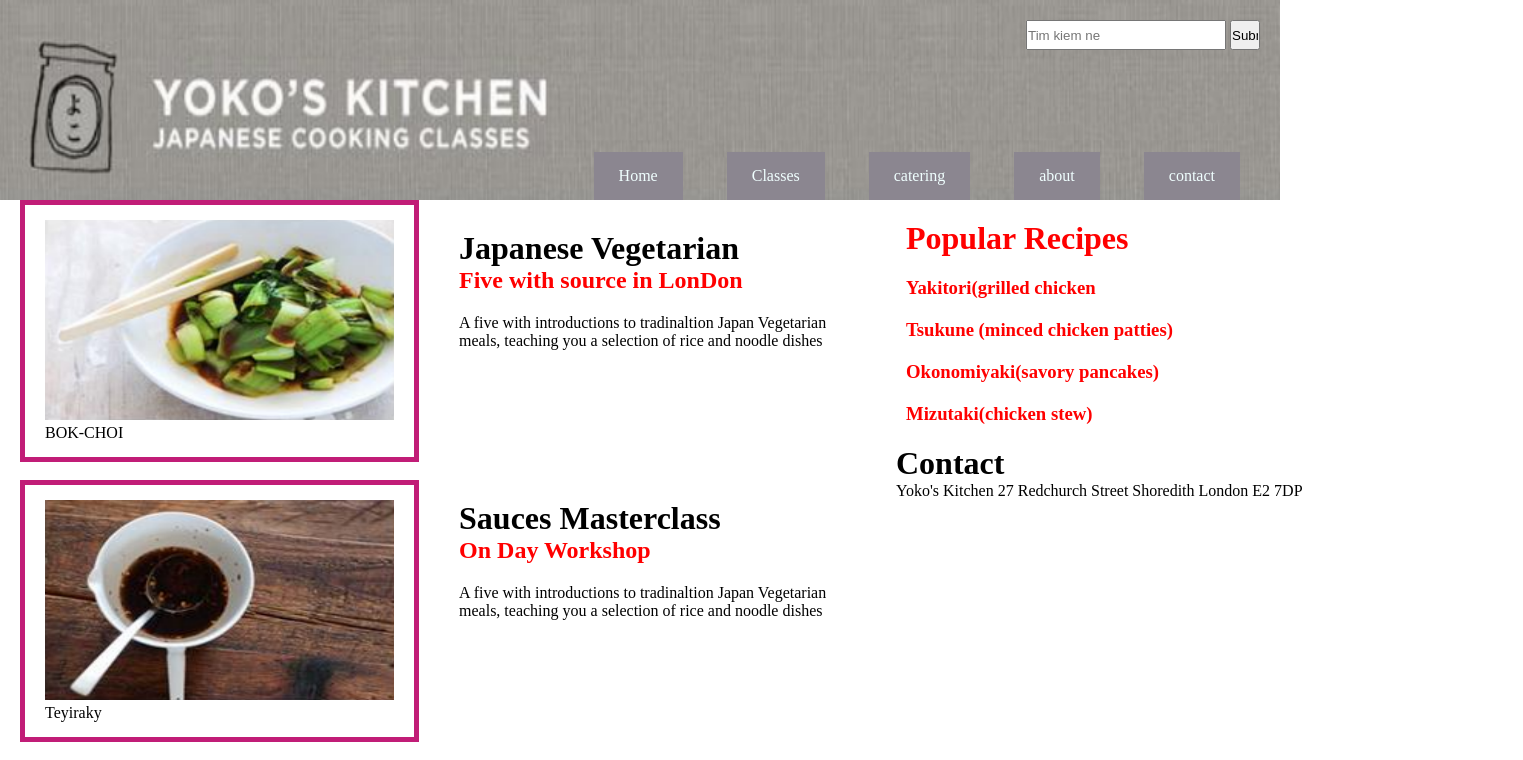
Repository: huy352002/20012931-Tr-n-Quang-Huy
Page: bt2.html
These files come from the project's save history. The page is drawn as it stood at one moment and after the next save; the edit follows.
The browser window is 1280 px wide. The page is 1344 px wide, then 1523 px, so the pictures cover 1523 px, including what lies to the right of the window. The pictures show the whole page.

Above is the page before, as saved 2022-09-30 10:44:38.

### bt2.html
<!DOCTYPE html>
<html lang="en">

<head>
    <meta charset="UTF-8">
    <meta http-equiv="X-UA-Compatible" content="IE=edge">
    <meta name="viewport" content="width=device-width, initial-scale=1.0">
    <title>Document</title>
    <link rel="stylesheet" href="/bt2.css">
</head>

<body>
    <div class="header">
        <div class="background">

            <ul>
                <li> <a href="">Home</a> </li>
                <li> <a href="">Classes</a> </li>
                <li> <a href="">catering</a> </li>
                <li> <a href="">about</a> </li>
                <li> <a href="">contact</a> </li>
            </ul>
        </div>

        <form class="form" action="">
            <input class="form_a" type="text" placeholder="Tim kiem ne">
            <input class="form_b" type="submit">
        </form>
    </div>


    <div class="container">
        <div class="body1">
            <div class="sub1">
                <div class="img_boder">
                    <img class="img" src="/img1.png">
                    <p>BOK-CHOI</p>
                </div>
                <br>
                <div class="img_boder">
                    <img class="img" src="/img2.png" alt="">
                    <p>Teyiraky</p>
                </div>
            </div>


            <div class="sub2">
                <div class="P_1">
                    <div class="nav_P1">
                        <H1>Japanese Vegetarian</H1>
                        <H2>Five with source in LonDon</H2>

                    </div>
                    <p>A five with introductions to tradinaltion Japan Vegetarian meals, teaching you a selection of rice and noodle dishes</p>
                </div>

                <div class="P_2">
                    <div class="nav_P1">
                        <H1>Sauces Masterclass</H1>

                        <H2>On Day Workshop</H2>

                    </div>
                    <p>A five with introductions to tradinaltion Japan Vegetarian meals, teaching you a selection of rice and noodle dishes</p>
                </div>
            </div>
        </div>
        <div class="body2">
            <div class="body2_p1">
                <H1>Popular Recipes</H1>
                <h3>Yakitori(grilled chicken</h3>
                <h3> Tsukune (minced chicken patties)</h3>
                <h3>Okonomiyaki(savory pancakes)</h3>
                <h3>Mizutaki(chicken stew)</h3>
            </div>
            <div class="body2_p2">
                <H1>Contact</H1>
                <p>Yoko's Kitchen 27 Redchurch Street Shoredith London E2 7DP
                </p>
            </div>
        </div>



    </div>
    </div>


    <div class="footer"></div>
</body>

</html>

### bt2.css
* {
    margin: 0;
    padding: 0%;
    box-sizing: border-box;
}

.header {
    width: 100%;
    height: 200px;
    position: relative;
    background-image: url(/backgroun.png);
    background-repeat: no-repeat;
    background-size: 100% 100%;
}

.header ul {
    position: absolute;
    right: 0;
    bottom: 0;
    margin: 0 20px;
}

.header ul li {
    display: inline-block;
    padding: 15px 25px;
    background-color: rgb(139, 134, 144);
    right: 0;
    top: 0;
    margin: 0 20px;
}

.header ul li a {
    text-decoration: none;
    color: azure;
}

.header ul li a:hover {
    color: rgb(8, 8, 8);
}

.form {
    position: absolute;
    right: 0;
    top: 0;
    margin: 20px 20px;
}

.form_a {
    width: 200px;
    height: 30px;
}

.form_b {
    width: 30px;
    height: 30px;
}

.container {
    width: 100%;
    height: auto;
    position: relative;
    /* display: inline-block; */
}

.body1 {
    position: relative;
    width: 70%;
    height: auto;
    display: inline-block;
}

.sub1 {
    position: relative;
    width: 49%;
    display: inline-block;
}

.img {
    width: 100%;
    height: 200px;
}

.img_boder {
    border: 5px solid rgb(193, 29, 119);
    padding: 15px 20px;
    margin: 0 20px;
}

.sub2 {
    display: inline-block;
    position: absolute;
    width: 49%;
}

.P_1 {
    margin: 20px 10px;
    padding: 10px 10px;
}

.nav_P1 {
    margin-bottom: 20px;
}

.nav_P1 h2,
.P_2 h2 {
    color: red;
}

.P_2 {
    margin: 130px 10px;
    padding: 10px 10px;
}

.body2 {
    position: absolute;
    width: 35%;
    height: auto;
    display: inline-block;
}

.body2_p1 {
    color: red;
    margin: 20px 10px;
}

.body2_p1 H1,
.body2_p1 h3 {
    margin: 20px 0;
}

After the next save:
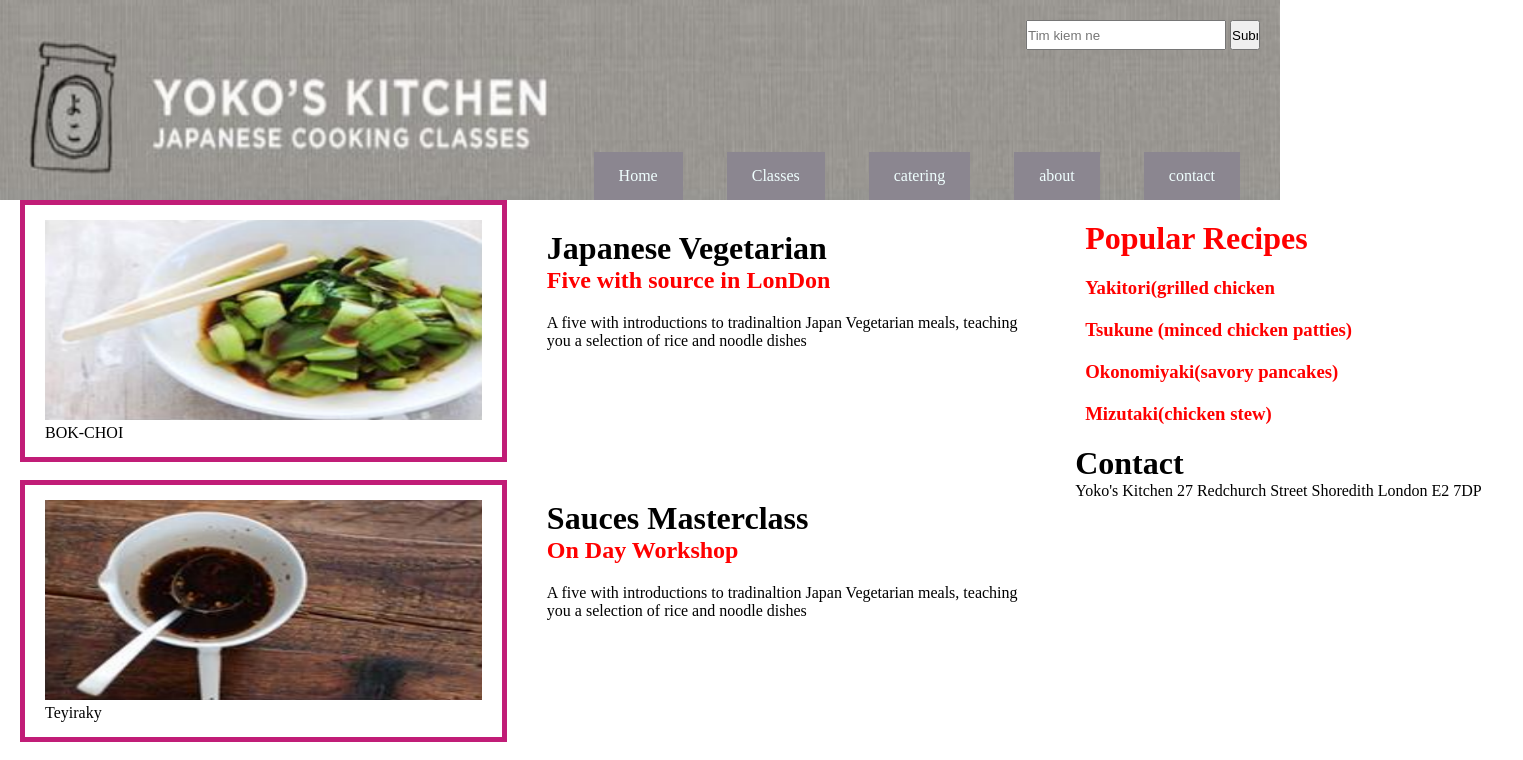
Saved 28 s later.
--- a/bt2.css
+++ b/bt2.css
@@ -64,7 +64,7 @@
 
 .body1 {
     position: relative;
-    width: 70%;
+    width: 84%;
     height: auto;
     display: inline-block;
 }
